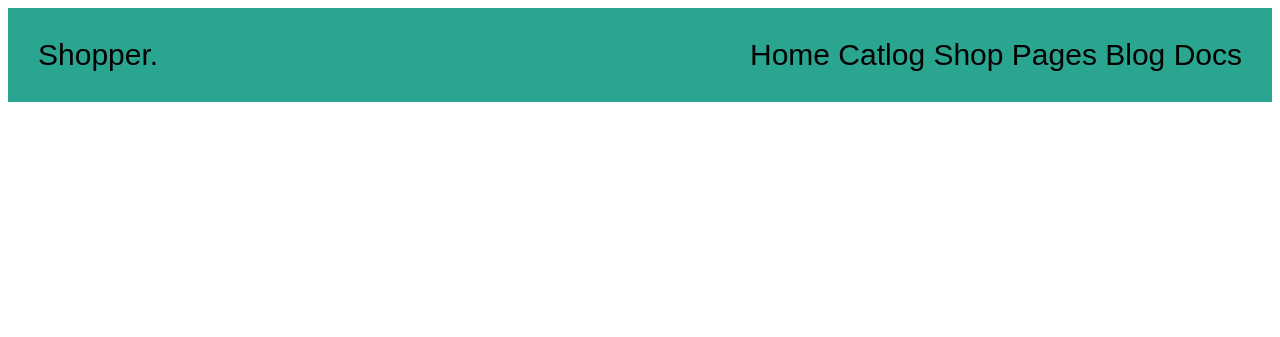
Repository: Maheshbabur789/BookStore
Page: MyLabs/OnlineMarketing/src/main/webapp/login.html
An editor plug-in stored every save of this project. The page is shown before and after the next save, followed by the edit.
The browser window is 1280 px wide. The pictures show the whole page.

Above is the page before, as saved 2024-11-07 11:15:19.

### MyLabs/OnlineMarketing/src/main/webapp/login.html
<!DOCTYPE html>
<html>
<head>
<meta charset="UTF-8">
<title>Insert title here</title>

<style>
    header{
            font-size: 30px;
            font-family:Arial;
            display: flex;
            justify-content: space-between;
            padding: 30px;
            background-color: rgb(42, 165, 144);
        }
</style>
</head>
<body>
<header>
 <div>
 <span class="shopper">Shopper.</span>
 </div>
 <div>
 <nav>
 <span>Home</span>
 <span>Catlog</span>
 <span>Shop</span>
 <span>Pages</span>
 <span>Blog</span>
 <span>Docs</span>
 </nav>
 </div>
 </header>
</body>
</html>

After the next save:
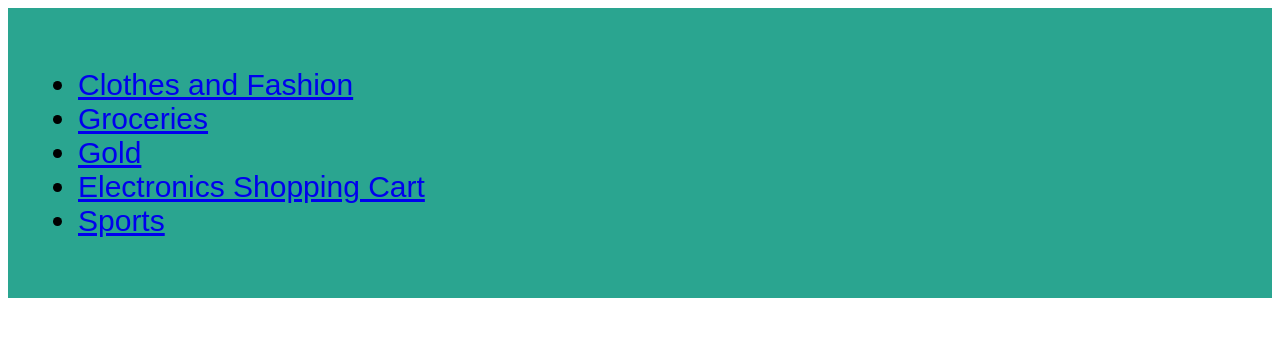
Saved 2 min 9 s later.
--- a/MyLabs/OnlineMarketing/src/main/webapp/login.html
+++ b/MyLabs/OnlineMarketing/src/main/webapp/login.html
@@ -16,20 +16,15 @@
 </style>
 </head>
 <body>
-<header>
- <div>
- <span class="shopper">Shopper.</span>
- </div>
- <div>
- <nav>
- <span>Home</span>
- <span>Catlog</span>
- <span>Shop</span>
- <span>Pages</span>
- <span>Blog</span>
- <span>Docs</span>
- </nav>
- </div>
- </header>
-</body>
+ <header>
+        <nav>
+            <ul>
+                <li><a href="#products">Clothes and Fashion</a></li>
+                <li><a href="#categories">Groceries</a></li>
+                <li><a href="#deals">Gold</a></li>
+                <li><a href="#cart">Electronics Shopping Cart</a></li>
+                <li><a href="#cart">Sports</a></li>
+            </ul>
+        </nav>
+    </header></body>
 </html>
